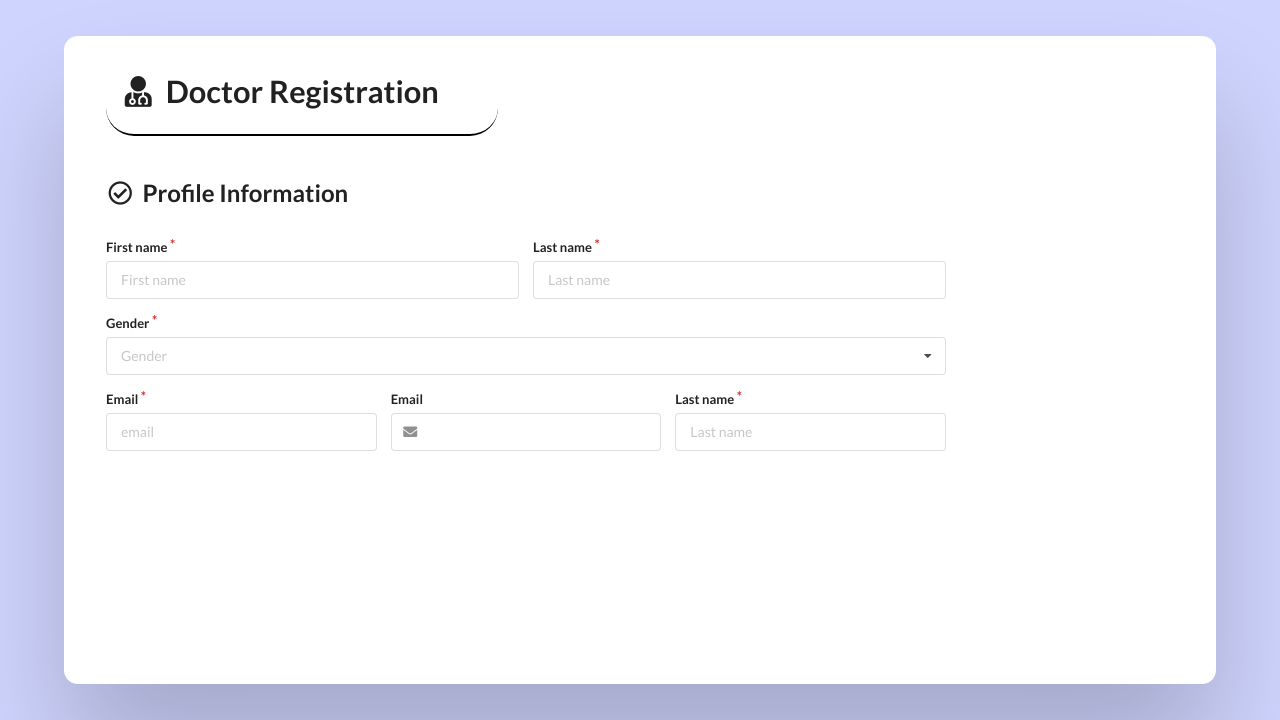
Repository: ajayaj2001/healthcare-digitization
Page: /doctorRegister
These files come from the project's save history. The page is drawn as it stood at one moment and after the next save; the edit follows.
The browser window is 1280 px wide. The pictures show the whole page.
The project was rebuilt for these pictures with package versions that can differ from the ones it lists, and the page was loaded fresh each time. Also part of the build but not shown: src/component/userType/UserType.scss, src/component/userType/UserType.js, src/component/login/Login.scss, src/component/login/loginForm/LoginForm.scss, src/component/login/loginForm/LoginForm.js, src/component/login/Login.js, src/component/register/Register.scss, src/component/register/registerForm/RegisterForm.scss and 2 more.

Above is the page before, as saved 2021-03-13 11:46:08.

After the next save:
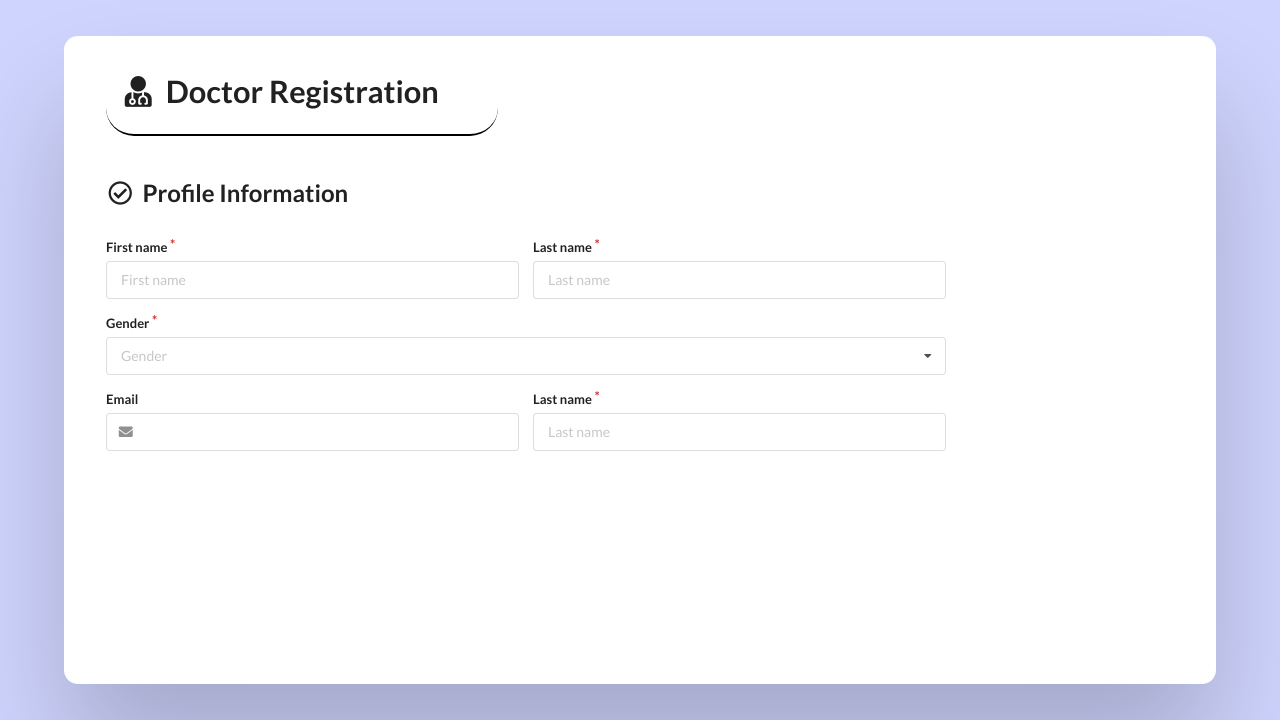
Saved 12 s later.
--- a/src/component/doctorRegister/doctorRegisterForm/DoctorRegisterForm.js
+++ b/src/component/doctorRegister/doctorRegisterForm/DoctorRegisterForm.js
@@ -18,7 +18,6 @@ const DoctorRegisterForm = () => {
     </Form.Group>
     <Form.Select label="Gender" options={options} placeholder='Gender'  required/>
     <Form.Group widths='equal'>
-      <Form.Input type="email" fluid label='Email' placeholder='email'  required/>
       <Form.Input
                         fluid
                         id='form-subcomponent-shorthand-input-last-name'
